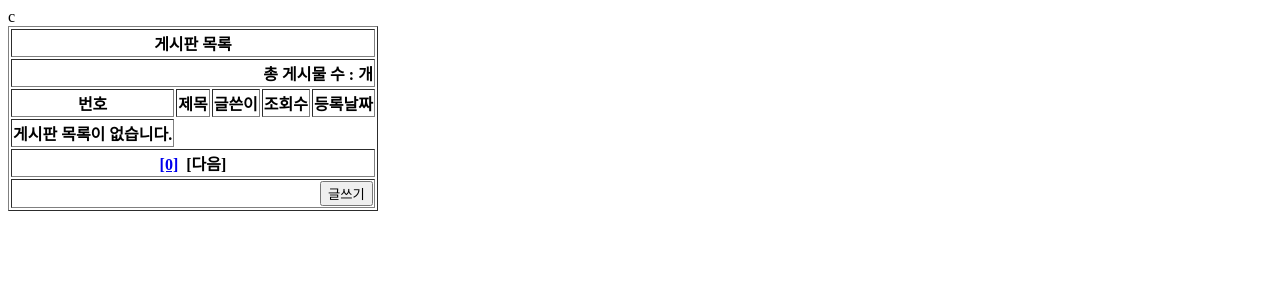
Repository: HyeokCheolHong/SpringBoot
Page: http://localhost/Spring_Mvc/WEB-INF/views/gongji/gongji_teacher_list.jsp
An editor plug-in stored every save of this project. The page is shown before and after the next save, followed by the edit.
The browser window is 1280 px wide. The pictures show the whole page.
The page is served by Tomcat 10. Nobody is signed in. The template is opened directly, without the code that normally fills it, so the values that code supplies are empty.

Above is the page before, as saved 2024-12-05 04:06:57.

After the next save:
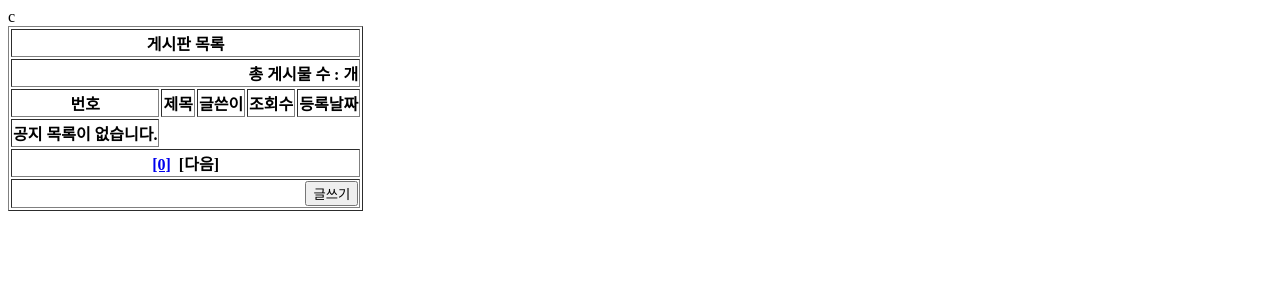
Saved 5 s later.
--- a/Spring_Mvc/src/main/webapp/WEB-INF/views/gongji/gongji_teacher_list.jsp
+++ b/Spring_Mvc/src/main/webapp/WEB-INF/views/gongji/gongji_teacher_list.jsp
@@ -53,7 +53,7 @@ c<!-- 2024-11-28 게시판 작성 코드 -->
 			</c:if>
 			<c:if test="${empty blist}">
 				<tr>
-					<th colspant="5">게시판 목록이 없습니다.</th>
+					<th colspant="5">공지 목록이 없습니다.</th>
 				</tr>
 			</c:if>
 
